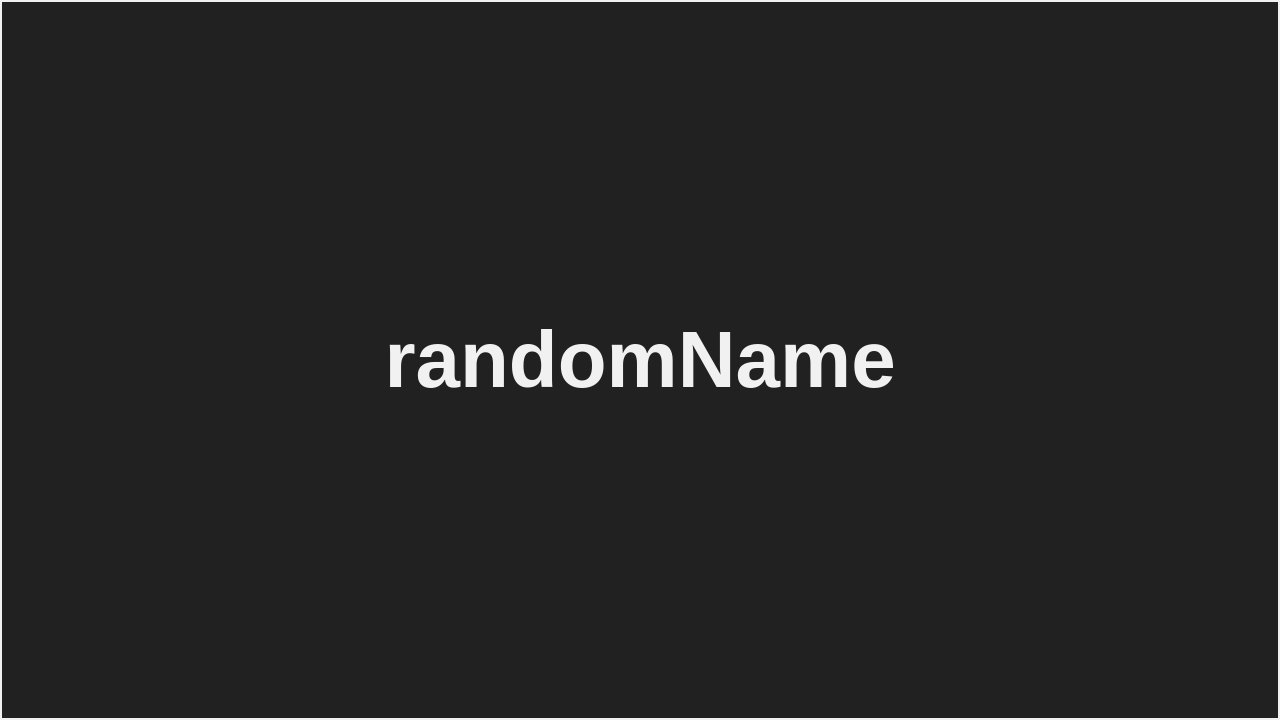
Repository: odiloalmeida/inever
Page: index.html
These files come from the project's save history. The page is drawn as it stood at one moment and after the next save; the edit follows.
The browser window is 1280 px wide. The pictures show the whole page.

Above is the page before, as saved 2023-01-31 19:58:13.

After the next save:
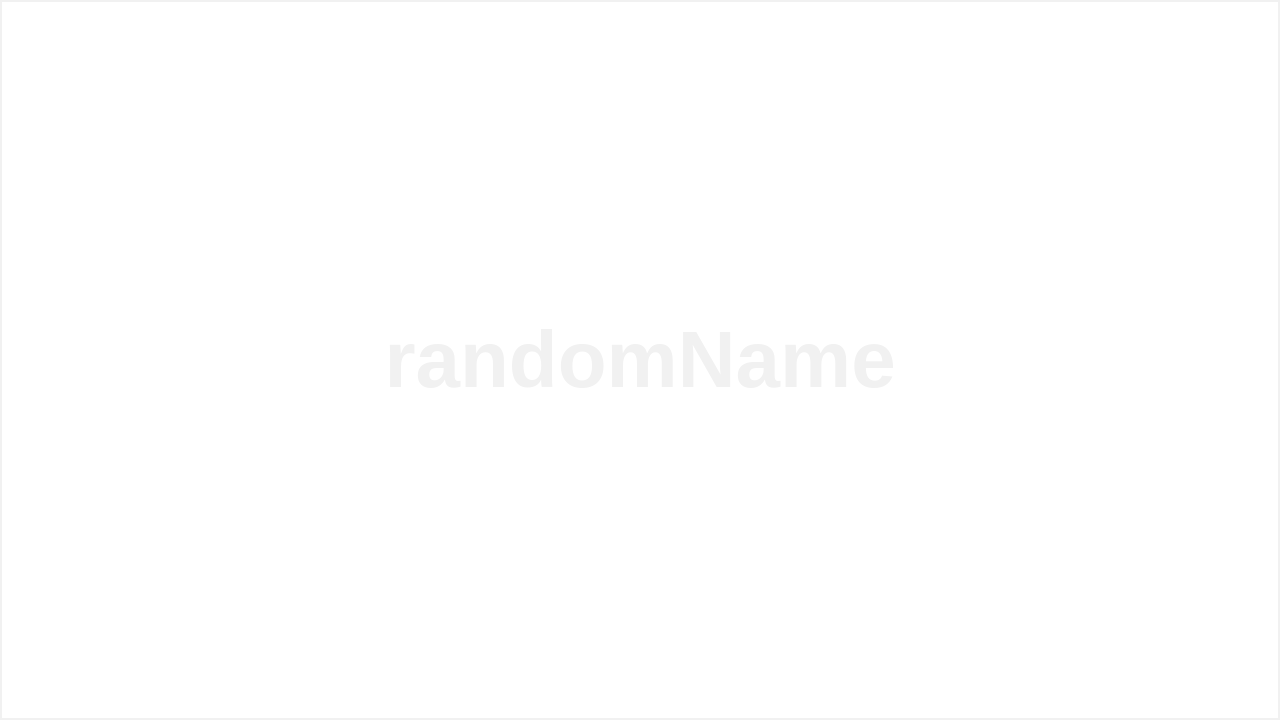
Saved 15 s later.
--- a/style.css
+++ b/style.css
@@ -7,7 +7,7 @@
 body {
     width: 100vw;
     height: 100vh;
-    background-color: #212121;
+    background-color: iceblue;
     display: flex;
     flex-direction: column;
     align-items: center;
